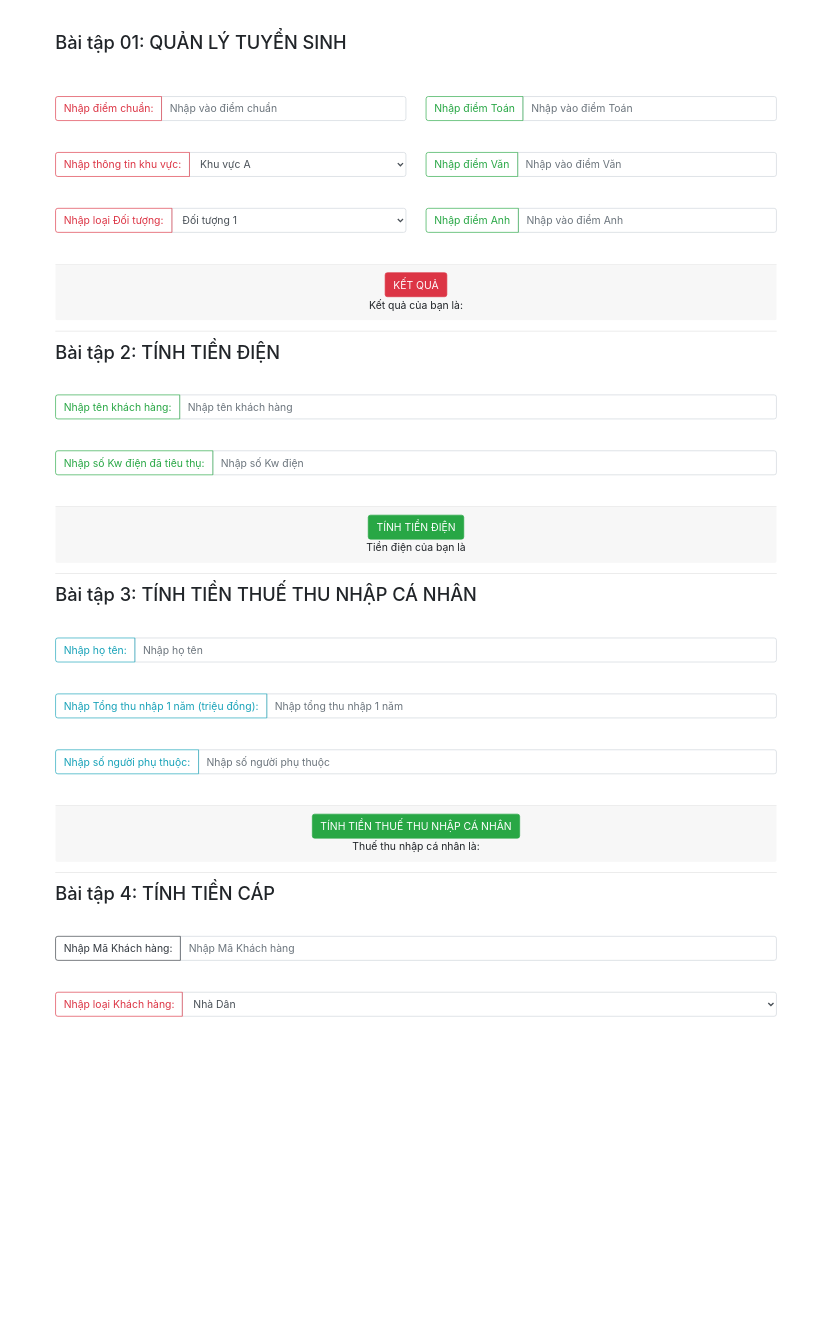
Repository: ducdatit2002/javascript-tinh-day15
Page: index.html
An editor plug-in stored every save of this project. The page is shown before and after a run of saves, followed by the edit.
The browser window is 1280 px wide. The pictures show the whole page, at 65% of full size.

Above is the page before, as saved 2023-08-20 21:39:08.

### index.html
<!DOCTYPE html>
<html lang="en">
  <head>
    <title>HOMEWORK BUỔI 15 - JAVASCRIPT</title>
    <!-- Required meta tags -->
    <meta charset="utf-8" />
    <meta
      name="viewport"
      content="width=device-width, initial-scale=1, shrink-to-fit=no"
    />

    <!-- Bootstrap CSS -->
    <link
      rel="stylesheet"
      href="https://stackpath.bootstrapcdn.com/bootstrap/4.3.1/css/bootstrap.min.css"
      integrity="sha384-ggOyR0iXCbMQv3Xipma34MD+dH/1fQ784/j6cY/iJTQUOhcWr7x9JvoRxT2MZw1T"
      crossorigin="anonymous"
    />
  </head>
  <body>
    <div class="container" style="margin-bottom: 500px; margin-top: 50px">
      <div class="baiTap1">
        <h3>Bài tập 01: QUẢN LÝ TUYỂN SINH</h3>
        <div class="row mt-3">
          <div class="col-6">
            <div class="input-group mt-5">
              <div class="input-group-prepend">
                <button class="btn btn-outline-danger">Nhập điểm chuẩn:</button>
              </div>
              <input
                type="number"
                class="form-control"
                id="diemChuan"
                placeholder="Nhập vào điểm chuẩn"
              />
            </div>
            <div class="input-group mt-5">
              <div class="input-group-prepend">
                <button class="btn btn-outline-danger">
                  Nhập thông tin khu vực:
                </button>
              </div>
              <select id="khuVuc" class="form-control">
                <option value="A">Khu vực A</option>
                <option value="B">Khu vực B</option>
                <option value="C">Khu vực C</option>
              </select>
            </div>
            <div class="input-group mt-5">
              <div class="input-group-prepend">
                <button class="btn btn-outline-danger">
                  Nhập loại Đối tượng:
                </button>
              </div>
              <select id="doiTuong" class="form-control">
                <option value="1">Đối tượng 1</option>
                <option value="2">Đối tượng 2</option>
                <option value="3">Đối tượng 3</option>
              </select>
            </div>
          </div>
          <div class="col-6">
            <div class="input-group mt-5">
              <div class="input-group-prepend">
                <button class="btn btn-outline-success">Nhập điểm Toán</button>
              </div>
              <input
                type="number"
                class="form-control"
                id="diemToan"
                placeholder="Nhập vào điểm Toán"
              />
            </div>
            <div class="input-group mt-5">
              <div class="input-group-prepend">
                <button class="btn btn-outline-success">Nhập điểm Văn</button>
              </div>
              <input
                type="number"
                class="form-control"
                id="diemVan"
                placeholder="Nhập vào điểm Văn"
              />
            </div>
            <div class="input-group mt-5">
              <div class="input-group-prepend">
                <button class="btn btn-outline-success">Nhập điểm Anh</button>
              </div>
              <input
                type="number"
                class="form-control"
                id="diemAnh"
                placeholder="Nhập vào điểm Anh"
              />
            </div>
          </div>
        </div>
        <div class="card-footer text-center mt-5">
          <button id="btnKetQua" class="btn btn-danger">KẾT QUẢ</button>
          <br />
          <span id="ketQua" class="mt-2 display-5">Kết quả của bạn là: </span>
        </div>
      </div>
      <hr />
      <div class="baiTap2">
        <h3>Bài tập 2: TÍNH TIỀN ĐIỆN</h3>
        <div class="input-group mt-5">
          <div class="input-group-prepend">
            <button class="btn btn-outline-success">
              Nhập tên khách hàng:
            </button>
          </div>
          <input
            type="text"
            class="form-control"
            id="tenKhachHang"
            placeholder="Nhập tên khách hàng"/>
        </div>
        <div class="input-group mt-5">
          <div class="input-group-prepend">
            <button class="btn btn-outline-success">
              Nhập số Kw điện đã tiêu thụ:
            </button>
          </div>
          <input
            type="number"
            class="form-control"
            id="SoKwTieuThu"
            placeholder="Nhập số Kw điện"/>
        </div>
        <div class="card-footer text-center mt-5">
          <button id="btnTinhTienDien" class="btn btn-success">TÍNH TIỀN ĐIỆN</button>
          <br />
          <span id="TienDien" class="mt-2 display-5">Tiền điện của bạn là </span>
        </div>
      </div>
      <hr>
      <div class="baiTap3">
        <h3>Bài tập 3: TÍNH TIỀN THUẾ THU NHẬP CÁ NHÂN</h3>
        <div class="input-group mt-5">
          <div class="input-group-prepend">
            <button class="btn btn-outline-info">
              Nhập họ tên:
            </button>
          </div>
          <input
            type="text"
            class="form-control"
            id="hoTen"
            placeholder="Nhập họ tên"/>
        </div>
        <div class="input-group mt-5">
          <div class="input-group-prepend">
            <button class="btn btn-outline-info">
              Nhập Tổng thu nhập 1 năm (triệu đồng):
            </button>
          </div>
          <input
            type="number"
            class="form-control"
            id="tongThuNhapNam"
            placeholder="Nhập tổng thu nhập 1 năm"/>
        </div>
        <div class="input-group mt-5">
          <div class="input-group-prepend">
            <button class="btn btn-outline-info">
              Nhập số người phụ thuộc:
            </button>
          </div>
          <input
            type="number"
            class="form-control"
            id="soNguoiPhuThuoc"
            placeholder="Nhập số người phụ thuộc"/>
        </div>
        <div class="card-footer text-center mt-5">
          <button id="btnTinhTienThue" class="btn btn-success">TÍNH TIỀN THUẾ THU NHẬP CÁ NHÂN</button>
          <br />
          <span id="TienThue" class="mt-2 display-5">Thuế thu nhập cá nhân là: </span>
        </div>
      </div>
      <hr>
      <div class="baiTap4">
        <h3>Bài tập 4: TÍNH TIỀN CÁP</h3>
        <div class="input-group mt-5">
          <div class="input-group-prepend">
            <button class="btn btn-outline-dark">
              Nhập Mã Khách hàng:
            </button>
          </div>
          <input
            type="text"
            class="form-control"
            id="maKhachHang"
            placeholder="Nhập Mã Khách hàng"/>
        </div>
        <div class="input-group mt-5">
              <div class="input-group-prepend">
                <button class="btn btn-outline-danger">
                  Nhập loại Khách hàng:
                </button>
              </div>
              <select id="loaiKhachHang" class="form-control">
                <option value="nhaDan">Nhà Dân</option>
                <option value="doanhNghiep">Doanh Nghiệp</option>
              </select>
            </div>
      </div>
    </div>
    <!-- Optional JavaScript -->
    <!-- jQuery first, then Popper.js, then Bootstrap JS -->
    <script
      src="https://code.jquery.com/jquery-3.3.1.slim.min.js"
      integrity="sha384-q8i/X+965DzO0rT7abK41JStQIAqVgRVzpbzo5smXKp4YfRvH+8abtTE1Pi6jizo"
      crossorigin="anonymous"
    ></script>
    <script
      src="https://cdnjs.cloudflare.com/ajax/libs/popper.js/1.14.7/umd/popper.min.js"
      integrity="sha384-UO2eT0CpHqdSJQ6hJty5KVphtPhzWj9WO1clHTMGa3JDZwrnQq4sF86dIHNDz0W1"
      crossorigin="anonymous"
    ></script>
    <script
      src="https://stackpath.bootstrapcdn.com/bootstrap/4.3.1/js/bootstrap.min.js"
      integrity="sha384-JjSmVgyd0p3pXB1rRibZUAYoIIy6OrQ6VrjIEaFf/nJGzIxFDsf4x0xIM+B07jRM"
      crossorigin="anonymous"
    ></script>
    <script src="./index.js"></script>
  </body>
</html>

### index.js
// Bài tập 1: QUẢN LÝ TUYỂN SINH
document.getElementById("btnKetQua").onclick = function () {
  // Input: điểm Toán, điểm Lý, điểm Hoá, điểm chuẩn, khu vực, đối tượng
  // Lưu ý: Dữ liệu người dùng nhập mặc định là chuỗi
  var diemChuan = parseFloat(document.getElementById("diemChuan").value);
  var diemToan = parseFloat(document.getElementById("diemToan").value);
  var diemVan = parseFloat(document.getElementById("diemVan").value);
  var diemAnh = parseFloat(document.getElementById("diemAnh").value);
  var khuVuc = document.getElementById("khuVuc").value;
  var doiTuong = parseInt(document.getElementById("doiTuong").value);

  var diemUuTien = 0;

  // Tính điểm ưu tiên khu vực
  switch (khuVuc) {
    case "A":
      diemUuTien += 2;
      break;
    case "B":
      diemUuTien += 1;
      break;
    case "C":
      diemUuTien += 0.5;
      break;
  }

  // Tính điểm ưu tiên đối tượng
  switch (doiTuong) {
    case 1:
      diemUuTien += 2.5;
      break;
    case 2:
      diemUuTien += 1.5;
      break;
    case 3:
      diemUuTien += 1;
      break;
  }

  // Tính điểm tổng kết
  var diemTongKet = diemToan + diemVan + diemAnh + diemUuTien;

  var ketQuaText = "";
  if (
    diemTongKet >= diemChuan &&
    diemToan !== 0 &&
    diemVan !== 0 &&
    diemAnh !== 0
  ) {
    ketQuaText = "Thí sinh trúng tuyển với số điểm đạt được: " + diemTongKet;
  } else {
    ketQuaText =
      "Thí sinh không trúng tuyển với số điểm đạt được: " + diemTongKet;
  }

  document.getElementById("ketQua").innerText = ketQuaText;
};

//BÀI TẬP 2: TÍNH TIỀN ĐIỆN
document.getElementById("btnTinhTienDien").onclick = function () {
  var tenKhachHang = document.getElementById("tenKhachHang").value;
  var soKwTieuThu = parseFloat(document.getElementById("SoKwTieuThu").value);

  var giaDien = 0;
  if (soKwTieuThu <= 50) {
    giaDien = soKwTieuThu * 500;
  } else if (soKwTieuThu <= 100) {
    giaDien = 50 * 500 + (soKwTieuThu - 50) * 650;
  } else if (soKwTieuThu <= 150) {
    giaDien = 50 * 500 + 50 * 650 + (soKwTieuThu - 100) * 850;
  } else {
    giaDien = 50 * 500 + 50 * 650 + 50 * 850 + (soKwTieuThu - 150) * 1100;
  }

  var tienDienHTML =
    "Tiền điện của khách hàng " + tenKhachHang + " là: " + giaDien + " đồng.";

  document.getElementById("TienDien").textContent = tienDienHTML;
};

//BÀI TẬP 3: TÍNH TIỀN THUẾ THU NHẬP CÁ NHÂN
document.getElementById("btnTinhTienThue").onclick = function () {
  var hoTen = document.getElementById("hoTen").value;
  var tongThuNhapNam = parseFloat(
    document.getElementById("tongThuNhapNam").value
  );
  var soNguoiPhuThuoc = parseInt(
    document.getElementById("soNguoiPhuThuoc").value
  );

  var thuNhapChiuThue = tongThuNhapNam - 4 - soNguoiPhuThuoc * 1.6;

  var thueSuat = 0;
  var tienThue = 0;

  if (thuNhapChiuThue <= 60) {
    thueSuat = 5;
  } else if (thuNhapChiuThue <= 120) {
    thueSuat = 10;
  } else if (thuNhapChiuThue <= 210) {
    thueSuat = 15;
  } else if (thuNhapChiuThue <= 384) {
    thueSuat = 20;
  } else if (thuNhapChiuThue <= 624) {
    thueSuat = 25;
  } else {
    thueSuat = 30;
  }

  tienThue = (thuNhapChiuThue * thueSuat) / 100;

  var ketQuaHTML =
    "Thuế thu nhập cá nhân của " +
    hoTen +
    " là: " +
    tienThue.toFixed(2) +
    " triệu đồng.";
  document.getElementById("TienThue").innerHTML = ketQuaHTML;
};
//BÀI TẬP 4: TÍNH TIỀN CÁP

After the next 2 saves:
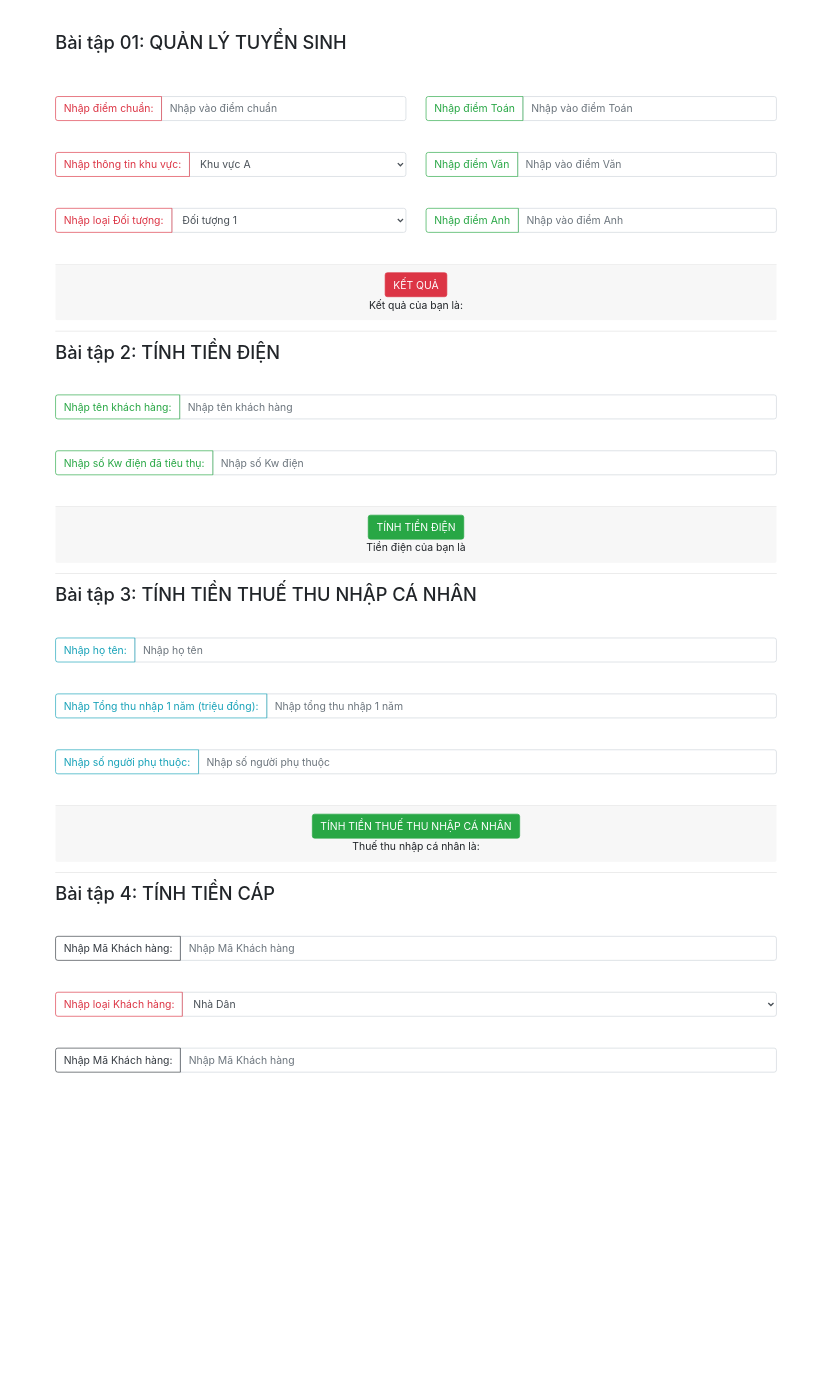
The 2 saves are shown as one change because they came seconds apart.
The last was saved 53 s later.
--- a/index.html
+++ b/index.html
@@ -114,7 +114,8 @@
             type="text"
             class="form-control"
             id="tenKhachHang"
-            placeholder="Nhập tên khách hàng"/>
+            placeholder="Nhập tên khách hàng"
+          />
         </div>
         <div class="input-group mt-5">
           <div class="input-group-prepend">
@@ -126,28 +127,32 @@
             type="number"
             class="form-control"
             id="SoKwTieuThu"
-            placeholder="Nhập số Kw điện"/>
+            placeholder="Nhập số Kw điện"
+          />
         </div>
         <div class="card-footer text-center mt-5">
-          <button id="btnTinhTienDien" class="btn btn-success">TÍNH TIỀN ĐIỆN</button>
+          <button id="btnTinhTienDien" class="btn btn-success">
+            TÍNH TIỀN ĐIỆN
+          </button>
           <br />
-          <span id="TienDien" class="mt-2 display-5">Tiền điện của bạn là </span>
-        </div>
-      </div>
-      <hr>
+          <span id="TienDien" class="mt-2 display-5"
+            >Tiền điện của bạn là
+          </span>
+        </div>
+      </div>
+      <hr />
       <div class="baiTap3">
         <h3>Bài tập 3: TÍNH TIỀN THUẾ THU NHẬP CÁ NHÂN</h3>
         <div class="input-group mt-5">
           <div class="input-group-prepend">
-            <button class="btn btn-outline-info">
-              Nhập họ tên:
-            </button>
+            <button class="btn btn-outline-info">Nhập họ tên:</button>
           </div>
           <input
             type="text"
             class="form-control"
             id="hoTen"
-            placeholder="Nhập họ tên"/>
+            placeholder="Nhập họ tên"
+          />
         </div>
         <div class="input-group mt-5">
           <div class="input-group-prepend">
@@ -159,7 +164,8 @@
             type="number"
             class="form-control"
             id="tongThuNhapNam"
-            placeholder="Nhập tổng thu nhập 1 năm"/>
+            placeholder="Nhập tổng thu nhập 1 năm"
+          />
         </div>
         <div class="input-group mt-5">
           <div class="input-group-prepend">
@@ -171,19 +177,46 @@
             type="number"
             class="form-control"
             id="soNguoiPhuThuoc"
-            placeholder="Nhập số người phụ thuộc"/>
+            placeholder="Nhập số người phụ thuộc"
+          />
         </div>
         <div class="card-footer text-center mt-5">
-          <button id="btnTinhTienThue" class="btn btn-success">TÍNH TIỀN THUẾ THU NHẬP CÁ NHÂN</button>
+          <button id="btnTinhTienThue" class="btn btn-success">
+            TÍNH TIỀN THUẾ THU NHẬP CÁ NHÂN
+          </button>
           <br />
-          <span id="TienThue" class="mt-2 display-5">Thuế thu nhập cá nhân là: </span>
-        </div>
-      </div>
-      <hr>
+          <span id="TienThue" class="mt-2 display-5"
+            >Thuế thu nhập cá nhân là:
+          </span>
+        </div>
+      </div>
+      <hr />
       <div class="baiTap4">
         <h3>Bài tập 4: TÍNH TIỀN CÁP</h3>
         <div class="input-group mt-5">
           <div class="input-group-prepend">
+            <button class="btn btn-outline-dark">Nhập Mã Khách hàng:</button>
+          </div>
+          <input
+            type="text"
+            class="form-control"
+            id="maKhachHang"
+            placeholder="Nhập Mã Khách hàng"
+          />
+        </div>
+        <div class="input-group mt-5">
+          <div class="input-group-prepend">
+            <button class="btn btn-outline-danger">
+              Nhập loại Khách hàng:
+            </button>
+          </div>
+          <select id="loaiKhachHang" class="form-control">
+            <option value="nhaDan">Nhà Dân</option>
+            <option value="doanhNghiep">Doanh Nghiệp</option>
+          </select>
+        </div>
+        <div class="input-group mt-5">
+          <div class="input-group-prepend">
             <button class="btn btn-outline-dark">
               Nhập Mã Khách hàng:
             </button>
@@ -194,17 +227,6 @@
             id="maKhachHang"
             placeholder="Nhập Mã Khách hàng"/>
         </div>
-        <div class="input-group mt-5">
-              <div class="input-group-prepend">
-                <button class="btn btn-outline-danger">
-                  Nhập loại Khách hàng:
-                </button>
-              </div>
-              <select id="loaiKhachHang" class="form-control">
-                <option value="nhaDan">Nhà Dân</option>
-                <option value="doanhNghiep">Doanh Nghiệp</option>
-              </select>
-            </div>
       </div>
     </div>
     <!-- Optional JavaScript -->
